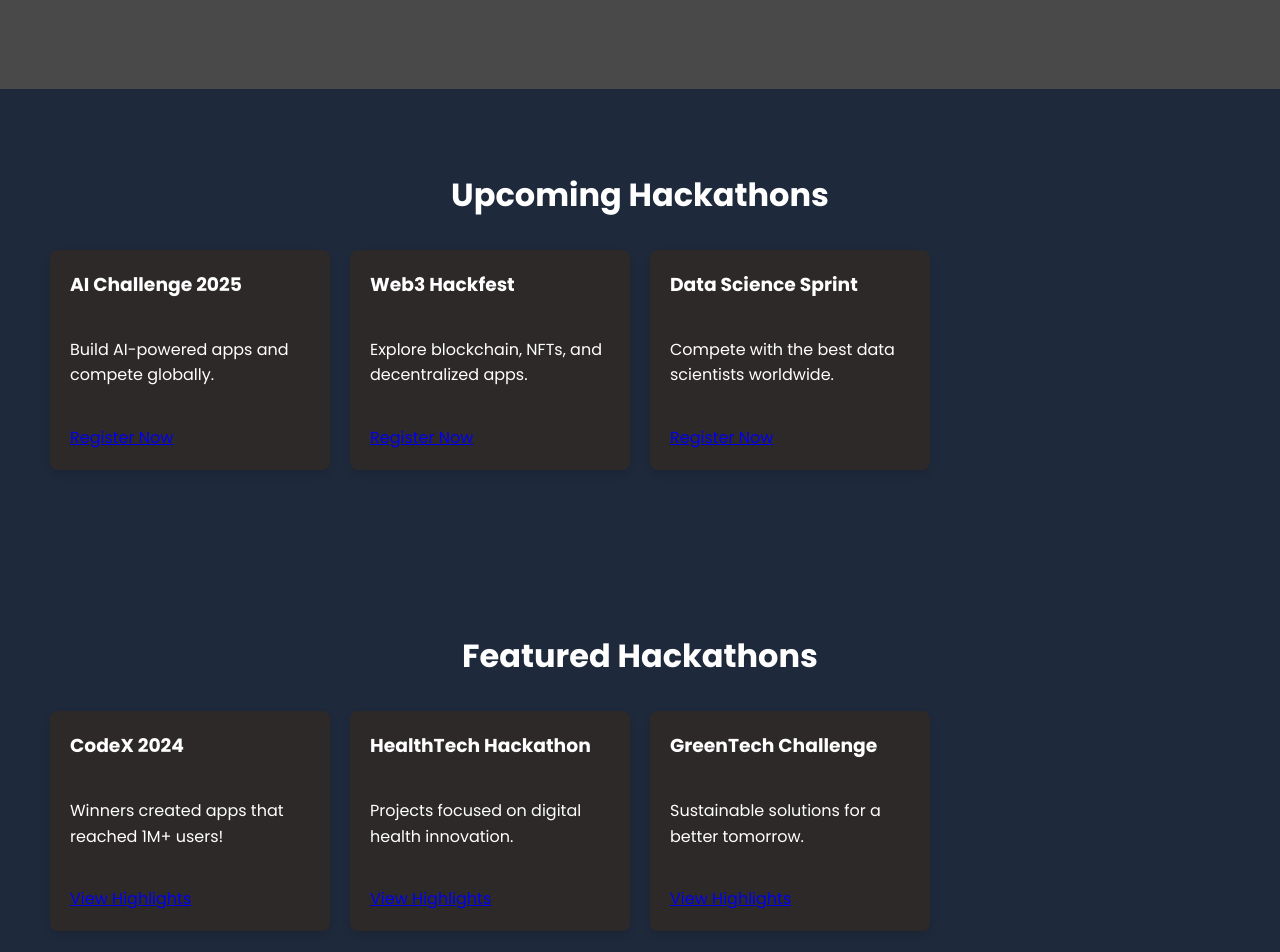
Repository: masihuddin-tech/Hackathon-Project
Page: index.html
The author's editor kept a copy of each file at every save. The page is drawn from the files as they stood at one save, then again after the next save.
The browser window is 1280 px wide. The pictures show the part of the page from y = 631 to 1583 px (the page is 1885 px tall).
Pictures or frames that could not be fetched are drawn as grey boxes. Backgrounds fixed to the window are drawn as part of the page.

Above is the page before, as saved 2025-09-04 10:34:05.
Not found: app.js

After the next save:
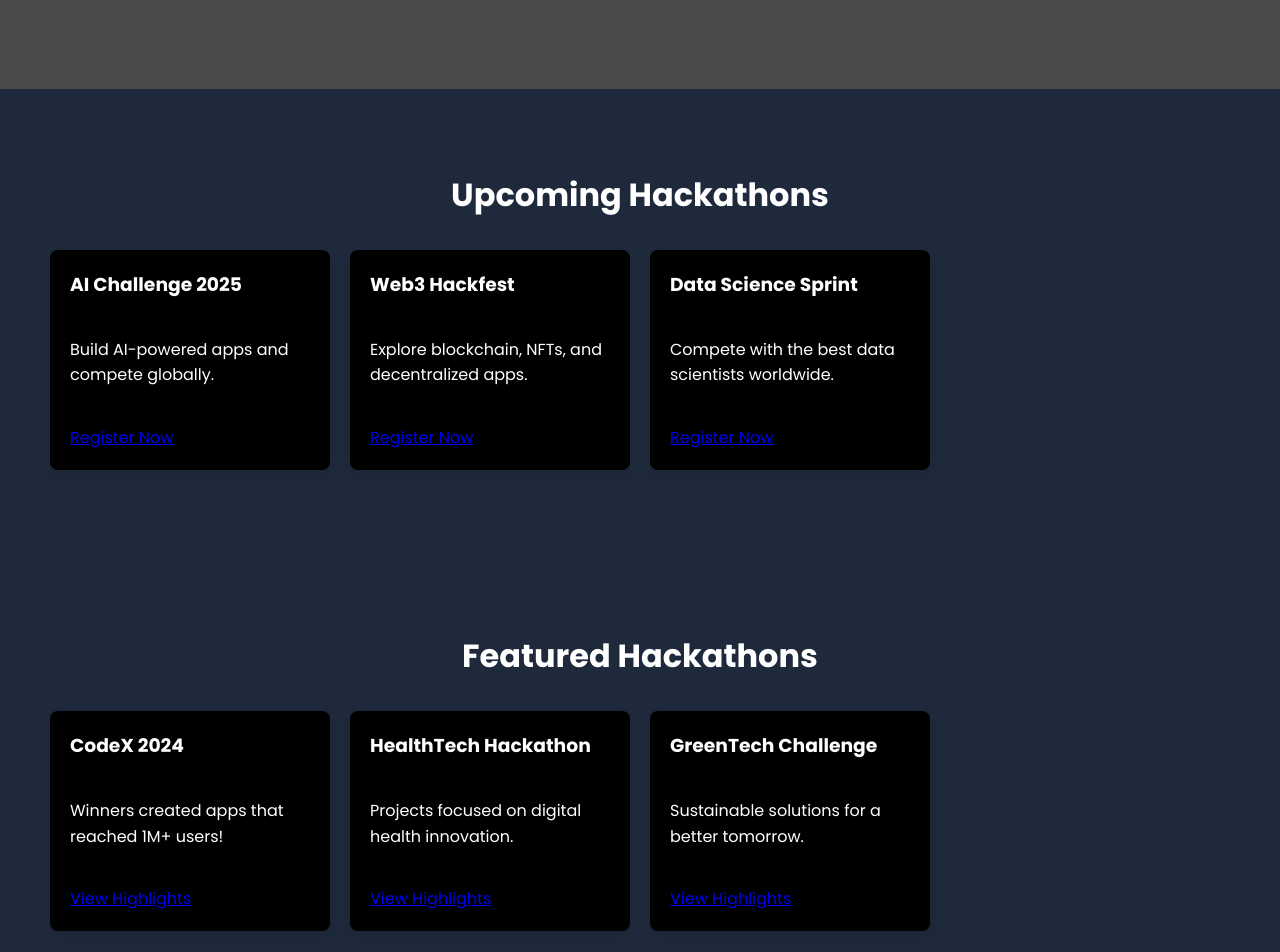
Saved 48 s later.
--- a/style.css
+++ b/style.css
@@ -190,7 +190,7 @@ body {
 }
 
 .card {
-  background: rgb(46, 41, 41);
+  background: rgb(0, 0, 0);
   border-radius: 8px;
   padding: 20px;
   box-shadow: 0 4px 8px rgba(0,0,0,0.1);
